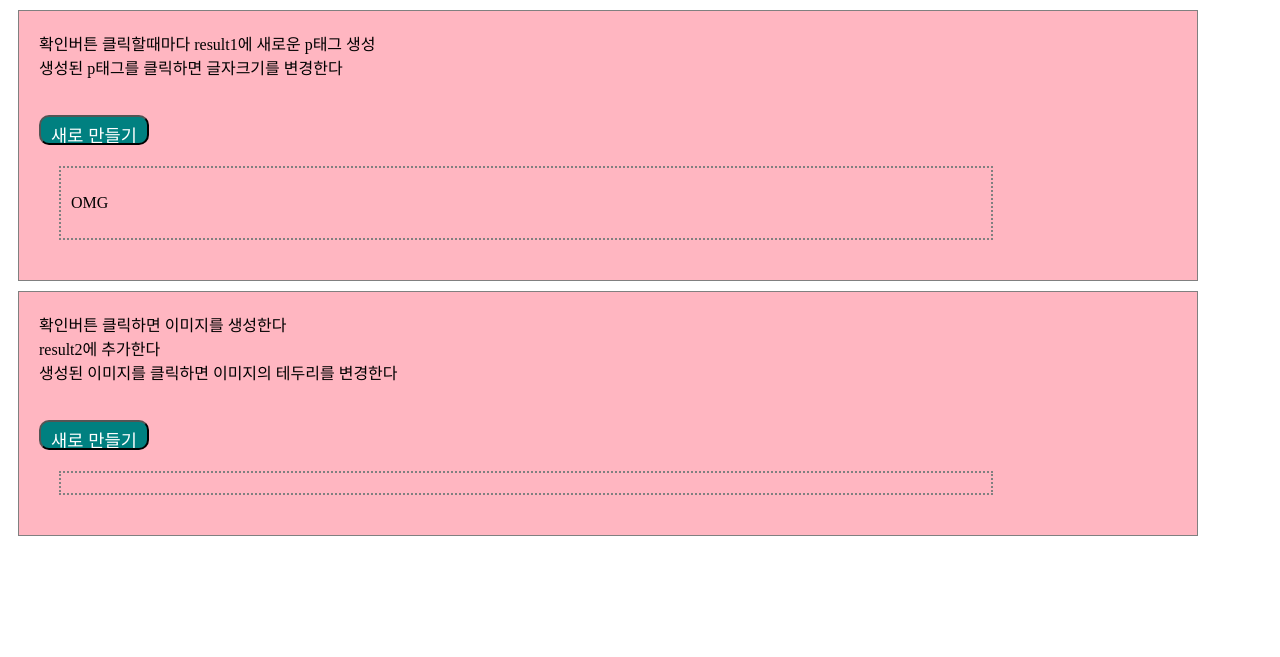
Repository: jeje0130/html
Page: jqpro/WebContent/0122/새로운태그만들기.html
An editor plug-in stored every save of this project. The page is shown before and after the next save, followed by the edit.
The browser window is 1280 px wide. The pictures show the whole page.
After loading, the first visible `input` was clicked once.

Above is the page before, as saved 2021-01-22 03:23:22.

### jqpro/WebContent/0122/새로운태그만들기.html
<!DOCTYPE html>
<html>
<head>
<meta charset="UTF-8">
<title>Insert title here</title>
<link rel = "stylesheet" href = "../css/public.css">
<script src="../js/jquery-3.5.1.min.js"></script>
<script>
//준비
$(function () {

	//랜덤발생 0~arr.length

	$('.box1 input:button').on('click', function () {

		arr = ["Hello","happy!","OMG","Good","금요일","주말이다","집에가자"]

		rnd = Math.floor(Math.random()* arr.length);

		//p태그 생성
		//p = $('<p class="aa" onclick="proc1(this)">' + arr[rnd] + '</p>');
		p = $('<p></p>',{
			'class': 'aa',
			'text' : arr[rnd],
			'click' : function () {
				$(this).css('font-size','+=10px')
			}
		})


		//result1에 p태그를 추가
		$(p).appendTo($('#result1'));
	})




	$('.box2 input:button').on('click', function () {
		//이미지 배열
		arr = ["카라멜마키아또.jpg","카페라떼.jpg","카푸치노.jpg","핫초코.jpg","에스프레소.jpg","아메리카노.jpg"];

		//랜덤발생
		rnd = Math.floor(Math.random()* arr.length);

		//aa = $('<img onclick="proc2(this)" alt ="" src="../images/'+ arr[rnd] +'"> </img>')
		aa = $('<img>',{
			'src' : '../images/'+arr[rnd],
			'click' : function () {
				$(this).css('border','10px solid skyblue')
			}

		})

		//result2에 추가
		$(aa).appendTo($('#result2'));

	})
})


	//생성된 p태그를 클릭하면
	function proc1(aa) {
		$(aa).css('font-size','+=5px');
	}

    function proc2(bb) {
		$(bb).css('border','5px dotted red');
	}
</script>
<style>
</style>
</head>
<body>

<div class="box box1">
	확인버튼 클릭할때마다 result1에 새로운 p태그 생성<br>
	생성된 p태그를 클릭하면 글자크기를 변경한다<br>
 <br><br>

<input type="button" value="새로 만들기">

<div id="result1"></div>
</div>


<div class="box box2">
	확인버튼 클릭하면 이미지를 생성한다<br>
	result2에 추가한다<br>
	생성된 이미지를 클릭하면 이미지의 테두리를 변경한다<br>
 <br><br>

<input type="button" value="새로 만들기">

<div id="result2"></div>
</div>


</body>
</html>

### jqpro/WebContent/css/public.css
@charset "utf-8";

pre {
	background-color : #FFE3EE;
	font-size : 1.2em;
	white-space: pre-wrap; /* 우측 여백 고정, 넘치는 글자 줄바꿈 */

	/*
	pre : 공백은 그대로, 줄바꿈 X
	pre-wrap : 공백은 그대로, 줄바꿈 O
	pre-line : 공백을 여러개줘도 하나만 표시, 줄바꿈 O
	nowrap : 공백을 여러개줘도 하나만 표시, 줄바꿈 X
	 */
}

div.box{
	width : 90%;
	height: auto;
	margin: 10px;
	padding: 20px;
	border: 1px solid gray;
	background: #FFB6C1;
}

.box input[type = button]{
	width: auto;
	height: 30px;
	background: #008080;
	color : white;
	padding: 5px 10px;
	border-radius : 10px;
	font-size: 1.1em;
}

.box div{
	width : 80%;
	height: auto;
	padding: 10px;
	border: 2px dotted gray;
	margin: 20px;
}

Loaded but not shown: jqpro/WebContent/js/jquery-3.5.1.min.js (library)

After the next save:
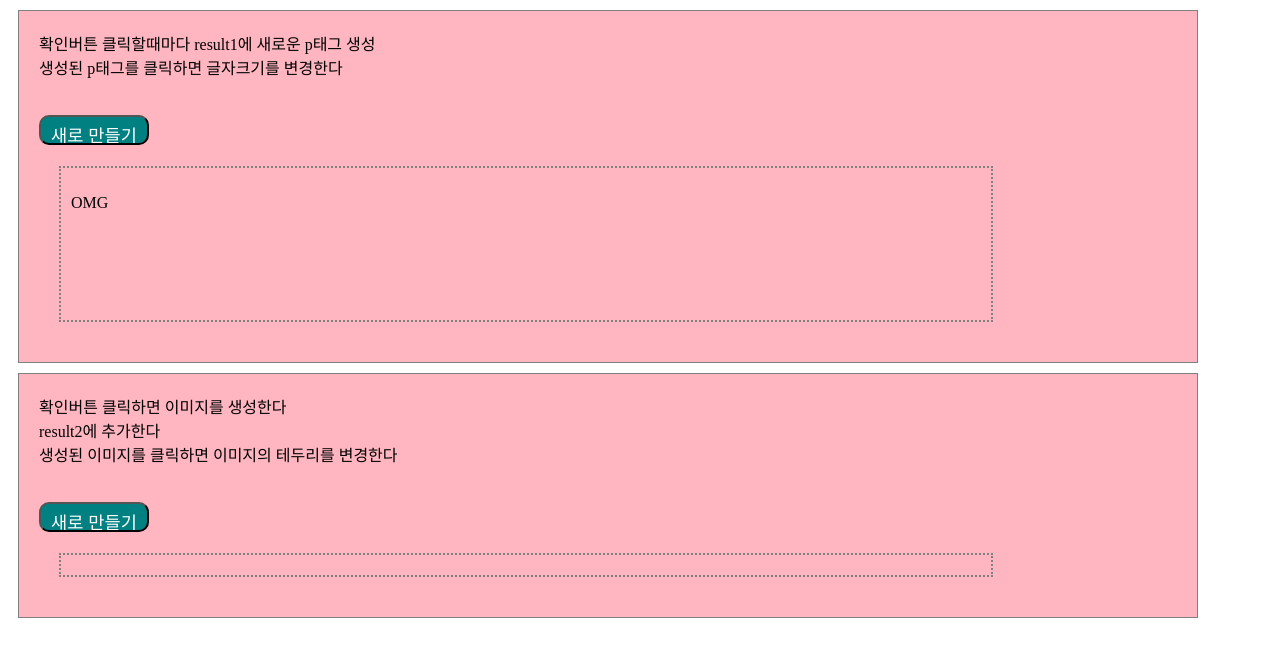
Saved 4 min 15 s later.
--- a/jqpro/WebContent/0122/새로운태그만들기.html
+++ b/jqpro/WebContent/0122/새로운태그만들기.html
@@ -24,7 +24,10 @@ $(function () {
 			'text' : arr[rnd],
 			'click' : function () {
 				$(this).css('font-size','+=10px')
-			}
+			},
+			'class': 'ii',
+			'width': '100px',
+			'height': '100px'
 		})
 
 
